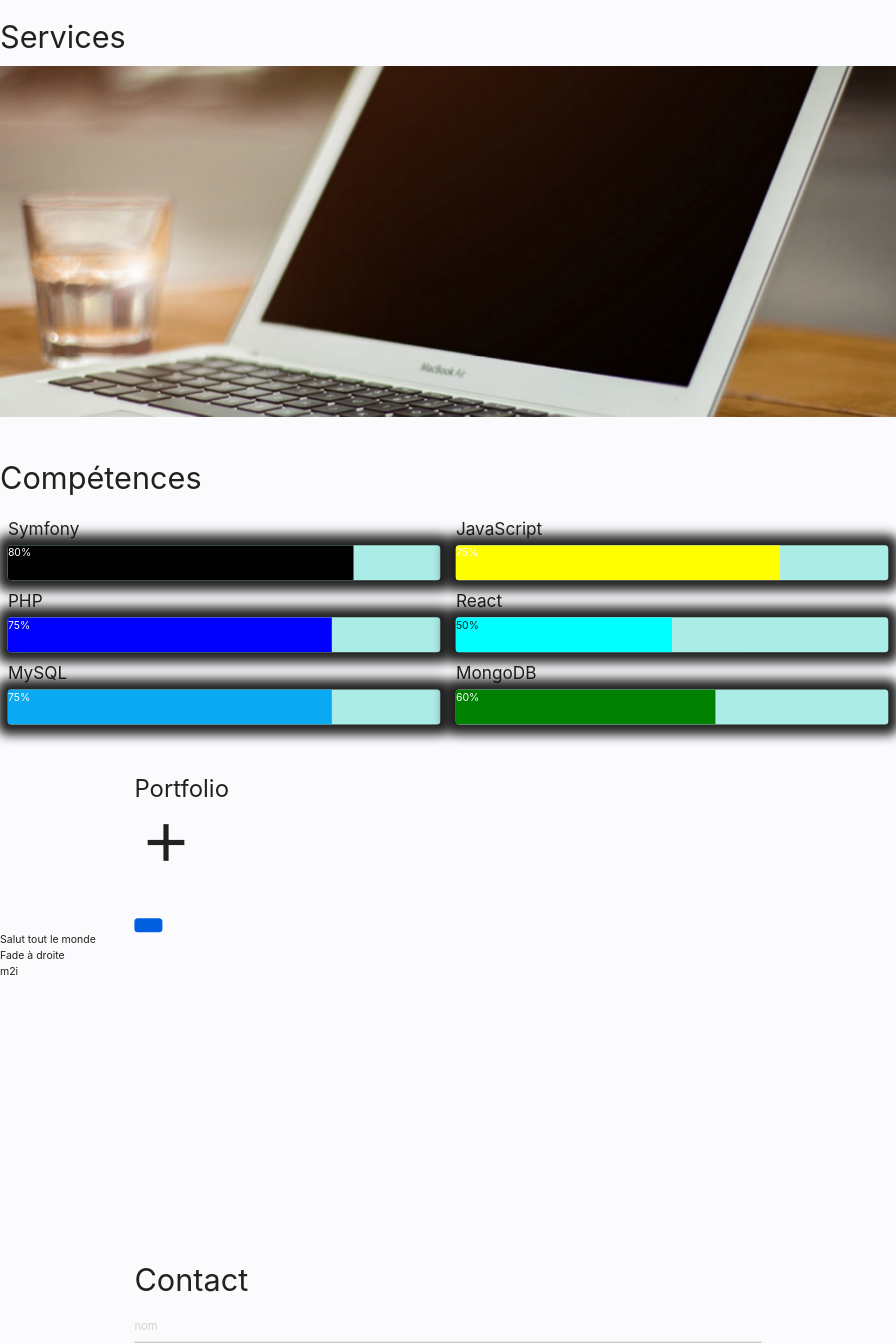
Repository: duncanidaho14/mavitrine
Page: index.html
The author's editor kept a copy of each file at every save. The page is drawn from the files as they stood at one save, then again after the next save.
The browser window is 1280 px wide. The pictures show the part of the page from y = 1287 to 3207 px (the page is 4178 px tall), at 70% of full size.

Above is the page before, as saved 2021-06-15 19:50:33.

After the next save:
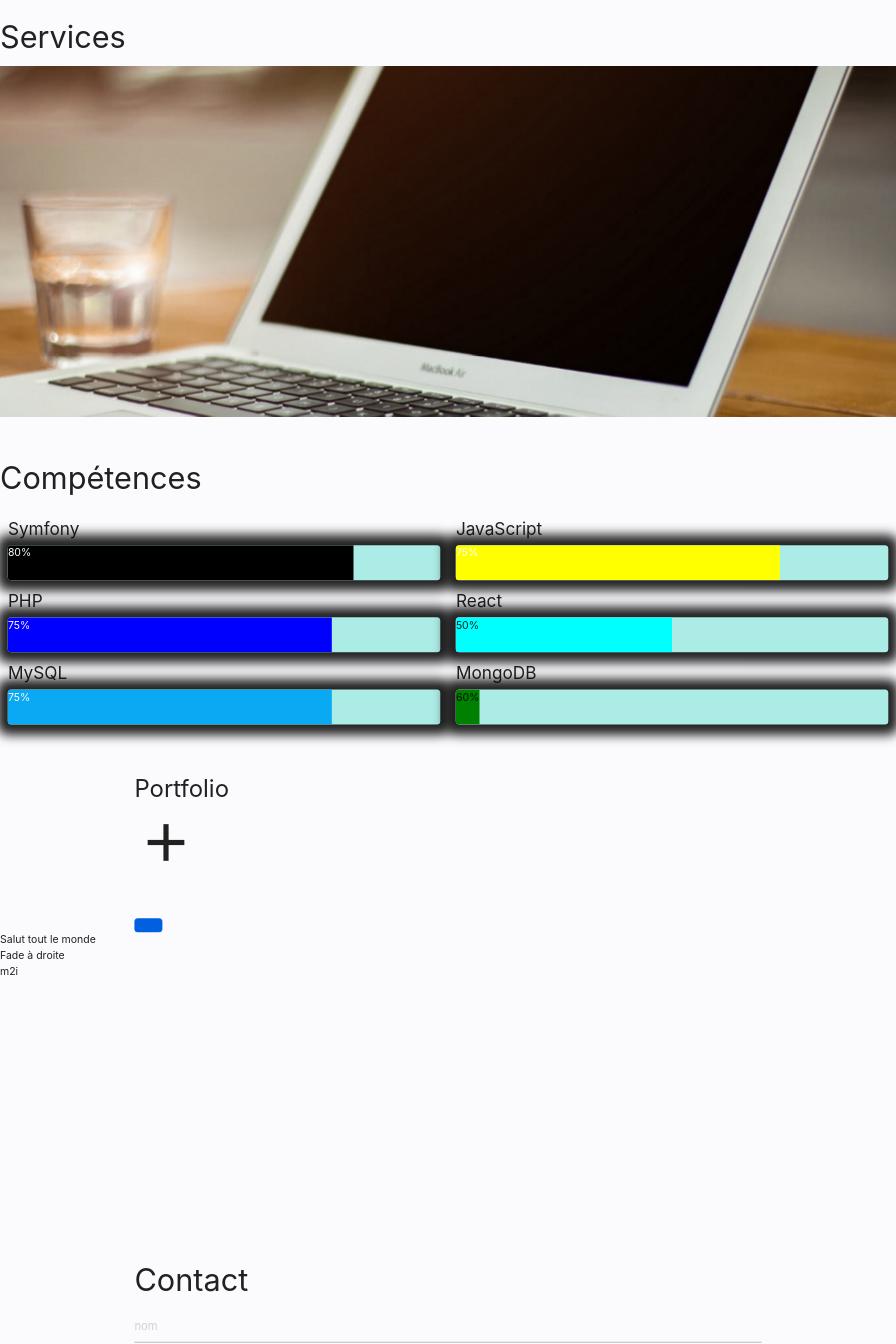
Console error: ReferenceError: REA is not defined
Saved 5 s later.
--- a/assets/js/index.js
+++ b/assets/js/index.js
@@ -32,7 +32,7 @@
             javascript.style.width = javascript.getAttribute('data-done') + '%';
             javascript.style.color = 'white';
             react.style.width = react.getAttribute('data-done') + '%';
-            javascript.style.color = 'white';
+            REA.style.color = 'white';
             mongodb.style.width = mongodb.getAttribute('data-done') + '%';
             mongodb.style.color = 'white';
         }, 3500);

After the save that followed:
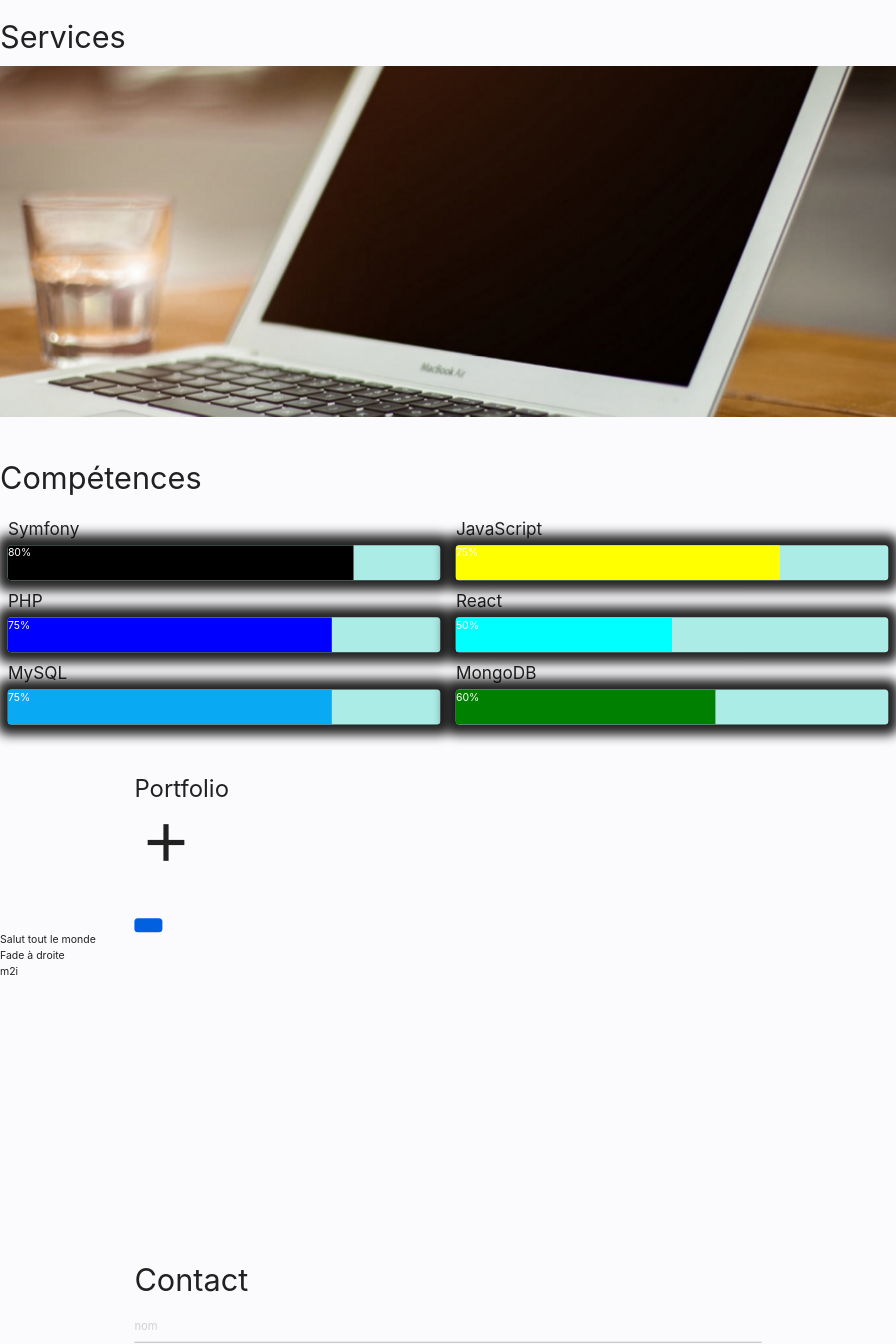
The error is gone.
Saved 4 s later.
--- a/assets/js/index.js
+++ b/assets/js/index.js
@@ -32,7 +32,7 @@
             javascript.style.width = javascript.getAttribute('data-done') + '%';
             javascript.style.color = 'white';
             react.style.width = react.getAttribute('data-done') + '%';
-            REA.style.color = 'white';
+            react.style.color = 'white';
             mongodb.style.width = mongodb.getAttribute('data-done') + '%';
             mongodb.style.color = 'white';
         }, 3500);
